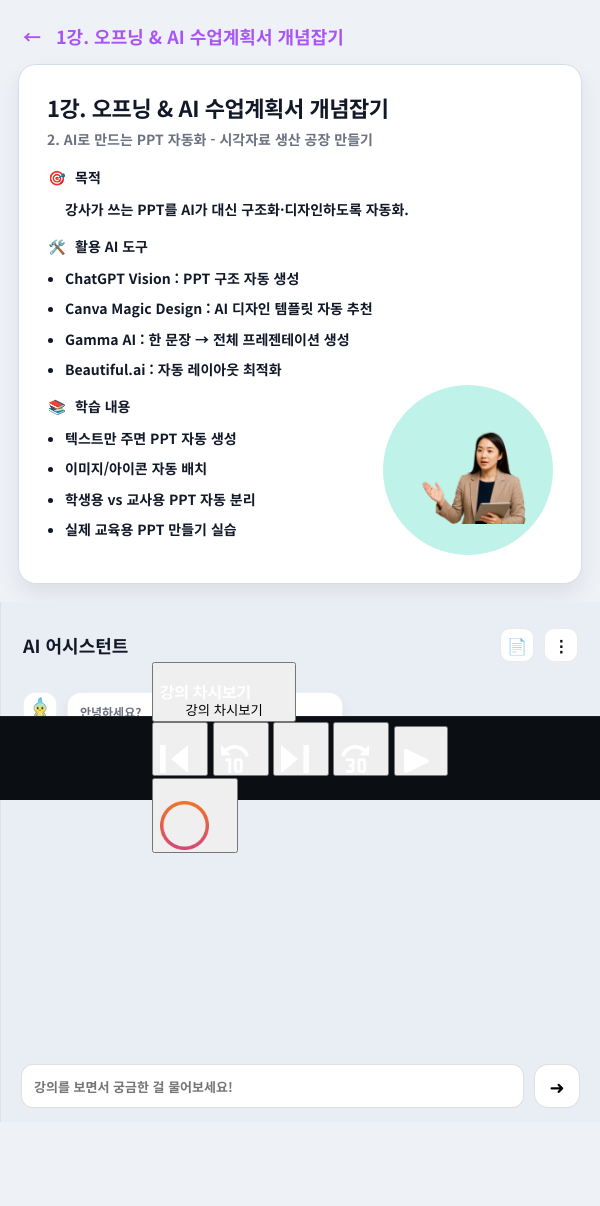
Repository: Iimchaehoon/level_up
Page: player.html
The author's editor kept a copy of each file at every save. The page is drawn from the files as they stood at one save, then again after the next save.
The browser window is 600 px wide. The pictures show the whole page.

Above is the page before, as saved 2025-12-18 21:21:05.

### player.html
<!doctype html>
<html lang="ko">
<head>
  <meta charset="UTF-8" />
  <meta name="viewport" content="width=device-width,initial-scale=1" />
  <title>강의 플레이어 | LEVEL-UP</title>

  <link rel="preconnect" href="https://fonts.googleapis.com" />
  <link rel="preconnect" href="https://fonts.gstatic.com" crossorigin />
  <link href="https://fonts.googleapis.com/css2?family=Noto+Sans+KR:wght@400;500;700;800&display=swap" rel="stylesheet" />

  <style>
    :root{
      --bg:#eef1f6;
      --card:#ffffff;
      --line:#d6dde8;
      --text:#111827;
      --muted:#6b7280;
      --purple:#a855f7;
      --shadow:0 10px 22px rgba(15,23,42,.08);
      --radius:18px;
      --sidebarW:360px;
      --playerH:84px;
    }

    *{ box-sizing:border-box; }
    html,body{ height:100%; }
    body{
      margin:0;
      font-family:"Noto Sans KR",system-ui,-apple-system,BlinkMacSystemFont,"Segoe UI",sans-serif;
      color:var(--text);
      background:var(--bg);
      overflow:hidden; /* 피그마처럼 전체 스크롤 최소화 */
    }
    img{ max-width:100%; display:block; }
    button,input{ font-family:inherit; }
    a{ color:inherit; text-decoration:none; }

    /* ===== 전체 레이아웃 ===== */
    .app{
      height:100vh;
      display:grid;
      grid-template-columns: 1fr var(--sidebarW);
      padding-bottom: var(--playerH); /* 하단 플레이어바 자리 */
    }

    /* ===== 좌측 컨텐츠 ===== */
    .stage{
      position:relative;
      padding:18px 18px 18px 18px;
      overflow:auto;
    }

    .topline{
      display:flex;
      align-items:center;
      gap:10px;
      padding:4px 0 14px;
      color:var(--purple);
      font-weight:800;
      font-size:18px;
    }
    .back{
      width:28px; height:28px;
      border-radius:999px;
      display:grid; place-items:center;
      cursor:pointer;
      user-select:none;
    }
    .back:hover{ background:rgba(168,85,247,.12); }

    .content-card{
      background:var(--card);
      border:1px solid var(--line);
      border-radius: var(--radius);
      box-shadow: var(--shadow);
      padding:26px 28px;
      min-height: 520px;
      position:relative;
    }

    .h1{
      margin:0 0 6px;
      font-size:22px;
      font-weight:900;
      letter-spacing:-0.02em;
    }
    .h2{
      margin:0 0 18px;
      font-size:14px;
      font-weight:700;
      color:var(--muted);
    }

    .sec{
      margin-top:14px;
    }
    .sec-title{
      display:flex;
      align-items:center;
      gap:8px;
      margin:0 0 10px;
      font-weight:900;
      font-size:14px;
    }
    .sec-title .emoji{
      width:20px;
      display:inline-grid;
      place-items:center;
      font-size:14px;
    }
    .bullets{
      margin:0;
      padding-left:18px;
      color:var(--text);
      font-weight:600;
      line-height:1.75;
      font-size:14px;
    }
    .bullets li{ margin:6px 0; }

    /* 우하단 강사 이미지(원형 배경) */
    .teacher-badge{
      position:absolute;
      right:28px;
      bottom:28px;
      width:170px;
      height:170px;
      border-radius:999px;
      background: #bff3ea;
      display:grid;
      place-items:center;
    }
    .teacher-badge img{
      width:145px;
      height:auto;
      transform: translateY(6px);
    }

    /* ===== 우측 AI 어시스턴트 ===== */
    .sidebar{
      background:#e9edf4;
      border-left:1px solid rgba(0,0,0,.05);
      display:flex;
      flex-direction:column;
      padding:16px 14px 14px;
      overflow:hidden;
    }

    .side-head{
      display:flex;
      align-items:center;
      justify-content:space-between;
      padding:10px 8px 12px;
      font-weight:900;
      font-size:18px;
    }
    .side-actions{
      display:flex;
      gap:10px;
      color:#111;
    }
    .iconbtn{
      width:34px;
      height:34px;
      border-radius:10px;
      border:1px solid rgba(0,0,0,.08);
      background:#fff;
      cursor:pointer;
      display:grid;
      place-items:center;
      font-size:16px;
      user-select:none;
    }
    .iconbtn:hover{ background:#f7f8fb; }

    .chat{
      flex:1;
      overflow:auto;
      padding:8px 8px 10px;
    }

    .msg{
      display:flex;
      gap:10px;
      align-items:flex-start;
      margin:10px 0;
    }
    .avatar{
      width:34px;
      height:34px;
      border-radius:12px;
      background:#fff;
      border:1px solid rgba(0,0,0,.06);
      display:grid;
      place-items:center;
      overflow:hidden;
      flex:0 0 auto;
    }
    .avatar img{ width:26px; height:26px; object-fit:contain; }

    .bubble{
      max-width: 92%;
      background:#fff;
      border:1px solid rgba(0,0,0,.06);
      border-radius:14px;
      padding:10px 12px;
      line-height:1.55;
      font-size:13px;
      font-weight:600;
      color:#111;
      box-shadow: 0 6px 14px rgba(15,23,42,.06);
    }
    .bubble .muted{
      color:var(--muted);
      font-weight:700;
      font-size:12px;
      margin-bottom:6px;
      display:block;
    }

    .msg.user{
      justify-content:flex-end;
    }
    .msg.user .bubble{
      background:#111827;
      color:#fff;
      border-color:#111827;
      box-shadow:none;
    }

    .composer{
      padding:10px 6px 0;
      display:flex;
      gap:10px;
      align-items:center;
    }
    .input{
      flex:1;
      height:44px;
      border-radius:12px;
      border:1px solid rgba(0,0,0,.12);
      background:#fff;
      padding:0 12px;
      outline:none;
      font-size:13px;
      font-weight:600;
    }
    .send{
      width:46px;
      height:44px;
      border-radius:14px;
      border:1px solid rgba(0,0,0,.12);
      background:#fff;
      cursor:pointer;
      display:grid;
      place-items:center;
      font-size:18px;
      user-select:none;
    }
    .send:hover{ background:#f7f8fb; }

    /* ===== 하단 플레이어 바 ===== */
    .playerbar{
      position:fixed;
      left:0; right:0; bottom:0;
      height: var(--playerH);
      background:#0b0f14;
      display:flex;
      align-items:center;
      justify-content:center;
      z-index:50;
      border-top:1px solid rgba(255,255,255,.08);
    }
    .playerbar img{
      justify-content: center;
      align-items: center;
      height:100%;
      width:70%;
      margin-top: 20px;
       /* 피그마처럼 한 장 이미지로 꽉 */
    }

    /* 반응형: 좁아지면 사이드 내려가게 */
    @media (max-width: 980px){
      body{ overflow:auto; }
      .app{
        height:auto;
        grid-template-columns: 1fr;
        padding-bottom: var(--playerH);
      }
      .sidebar{
        height: 520px;
      }
    }
  </style>
</head>

<body>
  <div class="app">

    <!-- ===== 좌측 강의 화면 ===== -->
    <section class="stage" aria-label="강의 화면">
      <div class="topline">
        <div class="back" id="backBtn" title="뒤로가기">←</div>
        <div>1강. 오프닝 &amp; AI 수업계획서 개념잡기</div>
      </div>

      <div class="content-card">
        <h1 class="h1">1강. 오프닝 &amp; AI 수업계획서 개념잡기</h1>
        <p class="h2">2. AI로 만드는 PPT 자동화 - 시각자료 생산 공장 만들기</p>

        <div class="sec">
          <p class="sec-title"><span class="emoji">🎯</span> 목적</p>
          <div class="bullets">
            강사가 쓰는 PPT를 AI가 대신 구조화·디자인하도록 자동화.
          </div>
        </div>

        <div class="sec">
          <p class="sec-title"><span class="emoji">🛠️</span> 활용 AI 도구</p>
          <ul class="bullets">
            <li>ChatGPT Vision : PPT 구조 자동 생성</li>
            <li>Canva Magic Design : AI 디자인 템플릿 자동 추천</li>
            <li>Gamma AI : 한 문장 → 전체 프레젠테이션 생성</li>
            <li>Beautiful.ai : 자동 레이아웃 최적화</li>
          </ul>
        </div>

        <div class="sec">
          <p class="sec-title"><span class="emoji">📚</span> 학습 내용</p>
          <ul class="bullets">
            <li>텍스트만 주면 PPT 자동 생성</li>
            <li>이미지/아이콘 자동 배치</li>
            <li>학생용 vs 교사용 PPT 자동 분리</li>
            <li>실제 교육용 PPT 만들기 실습</li>
          </ul>
        </div>

        <!-- 우하단 원형 강사 이미지 -->
        <div class="teacher-badge" aria-hidden="true">
          <img src="./player/image_1917.png" alt="강사" />
        </div>
      </div>
    </section>

    <!-- ===== 우측 AI 어시스턴트 ===== -->
    <aside class="sidebar" aria-label="AI 어시스턴트">
      <div class="side-head">
        <div>AI 어시스턴트</div>
        <div class="side-actions">
          <div class="iconbtn" title="문서">📄</div>
          <div class="iconbtn" title="더보기">⋮</div>
        </div>
      </div>

      <div class="chat" id="chat">
        <div class="msg bot">
          <div class="avatar"><img src="./player/image_1864.png" alt="마스코트" /></div>
          <div class="bubble">
            <span class="muted">안녕하세요?</span>
            수업 도중 궁금한 사항이 있다면 질문해보세요!
          </div>
        </div>
      </div>

      <div class="composer">
        <input id="chatInput" class="input" type="text" placeholder="강의를 보면서 궁금한 걸 물어보세요!" />
        <button id="sendBtn" class="send" type="button" aria-label="전송">➜</button>
      </div>
    </aside>
  </div>

  <!-- ===== 하단 플레이어(이미지 1:1) ===== -->
  <!-- ===== 하단 플레이어(조립형) ===== -->
<div class="playerbar" aria-label="플레이어">
  <div class="pb-inner">
    <!-- 왼쪽: 차시보기 -->
    <button class="pb-left" type="button" aria-label="강의 차시보기">
      <img class="pb-icon" src="./assets/img7.png" alt="" />
      <span class="pb-left-text">강의 차시보기</span>
    </button>

    <!-- 가운데: 재생 컨트롤 -->
    <div class="pb-center" aria-label="재생 컨트롤">
      <button class="pb-btn" type="button" aria-label="이전">
        <img src="./assets/img4.png" alt="" />
      </button>

      <button class="pb-btn" type="button" aria-label="10초 뒤로">
        <img src="./assets/img2.png" alt="" />
      </button>

      <button class="pb-btn pb-play" type="button" aria-label="재생/일시정지">
        <img src="./assets/img3.png" alt="" />
      </button>

      <button class="pb-btn" type="button" aria-label="30초 앞으로">
        <img src="./assets/img6.png" alt="" />
      </button>

      <button class="pb-btn" type="button" aria-label="다음">
        <img src="./assets/img5.png" alt="" />
      </button>
    </div>

    <!-- 오른쪽: (피그마 캡처에 맞춰 아이콘만 자리 확보)
         img1 원형 아이콘을 “더보기/설정” 같은 자리로 쓰는 용도 -->
    <div class="pb-right" aria-label="추가 메뉴">
      <button class="pb-btn" type="button" aria-label="메뉴">
        <img src="./assets/img1.png" alt="" />
      </button>
    </div>
  </div>
</div>


  <script>
    // ===== 뒤로가기(나의 강의로) =====
    document.getElementById("backBtn").addEventListener("click", () => {
      // 네 파일명이 my_lecture.html 이면 그대로, 다르면 수정
      window.location.href = "my_lecture.html";
    });

    // ===== 간단 AI Q&A (수업/강의 관련 키워드 기반) =====
    const chat = document.getElementById("chat");
    const input = document.getElementById("chatInput");
    const sendBtn = document.getElementById("sendBtn");

    // "강의 내용" 기반으로만 답하도록 룰을 잡아줌 (원하는대로 문구 변경 가능)
    function answer(text){
      const t = (text || "").trim().toLowerCase();

      // 빈값
      if(!t) return "질문을 입력해줘! 예: “오늘 강의 목적이 뭐야?”";

      // 범용
      if (t.includes("목적") || t.includes("왜") || t.includes("무슨 목적")) {
        return "이 파트의 목적은 **강사가 쓰는 PPT를 AI가 대신 구조화·디자인하도록 자동화**하는 거야.";
      }
      if (t.includes("도구") || t.includes("툴") || t.includes("사용") || t.includes("뭐로")) {
        return "활용 도구는 **ChatGPT Vision / Canva Magic Design / Gamma AI / Beautiful.ai**야.";
      }
      if (t.includes("chatgpt")) {
        return "ChatGPT Vision은 **PPT 구조(목차/슬라이드 흐름/핵심요약)**을 자동으로 잡아주는 데 좋아.";
      }
      if (t.includes("canva")) {
        return "Canva Magic Design은 **템플릿/레이아웃 추천**으로 디자인 시간을 확 줄여줘.";
      }
      if (t.includes("gamma")) {
        return "Gamma AI는 **한 문장만 줘도 전체 프레젠테이션**을 빠르게 만들어주는 쪽에 강해.";
      }
      if (t.includes("beautiful")) {
        return "Beautiful.ai는 **자동 레이아웃 정렬/정돈**이 강점이라 발표자료 마감 직전에 특히 유용해.";
      }
      if (t.includes("학습") || t.includes("배우는") || t.includes("내용")) {
        return "학습 내용은 **텍스트→PPT 자동 생성 / 이미지·아이콘 자동 배치 / 학생용·교사용 분리 / 교육용 PPT 만들기 실습**이야.";
      }
      if (t.includes("학생") || t.includes("교사용") || t.includes("분리")) {
        return "학생용/교사용 분리는 **표현 난이도·설명량·정답/해설 포함 여부**를 기준으로 AI에게 역할을 나눠서 생성시키면 돼.";
      }
      if (t.includes("질문") || t.includes("프롬프트") || t.includes("예시")) {
        return "예시 프롬프트: “중3 대상 45분 수업, 주제는 OOO. 학생용 10장/교사용 10장으로 나눠서 슬라이드 구조와 핵심 문장, 이미지 아이디어까지 제안해줘.”";
      }

      // 범위 밖 질문 필터(원하면 삭제 가능)
      if (t.includes("정치") || t.includes("주식") || t.includes("날씨")) {
        return "지금은 **수업/강의 관련 질문**에만 답변할 수 있어. 강의 내용으로 질문해줘!";
      }

      // 기본 응답
      return "좋아. 질문을 조금만 더 구체적으로 말해줘! (예: “이번 파트에서 어떤 도구를 쓰는지”, “학습 내용 요약” 등)";
    }

    function addMsg(role, text){
      const row = document.createElement("div");
      row.className = "msg " + (role === "user" ? "user" : "bot");

      if(role !== "user"){
        const av = document.createElement("div");
        av.className = "avatar";
        const img = document.createElement("img");
        img.src = "./player/image_1864.png";
        img.alt = "마스코트";
        av.appendChild(img);

        const bubble = document.createElement("div");
        bubble.className = "bubble";
        bubble.innerHTML = text;

        row.appendChild(av);
        row.appendChild(bubble);
      }else{
        const bubble = document.createElement("div");
        bubble.className = "bubble";
        bubble.textContent = text;
        row.appendChild(bubble);
      }

      chat.appendChild(row);
      chat.scrollTop = chat.scrollHeight;
    }

    function send(){
      const q = input.value.trim();
      if(!q) return;

      addMsg("user", q);
      input.value = "";

      // 살짝 딜레이로 자연스럽게
      setTimeout(() => {
        const a = answer(q);
        addMsg("bot", a);
      }, 250);
    }

    sendBtn.addEventListener("click", send);
    input.addEventListener("keydown", (e) => {
      if(e.key === "Enter") send();
    });
  </script>
</body>
</html>

After the next save:
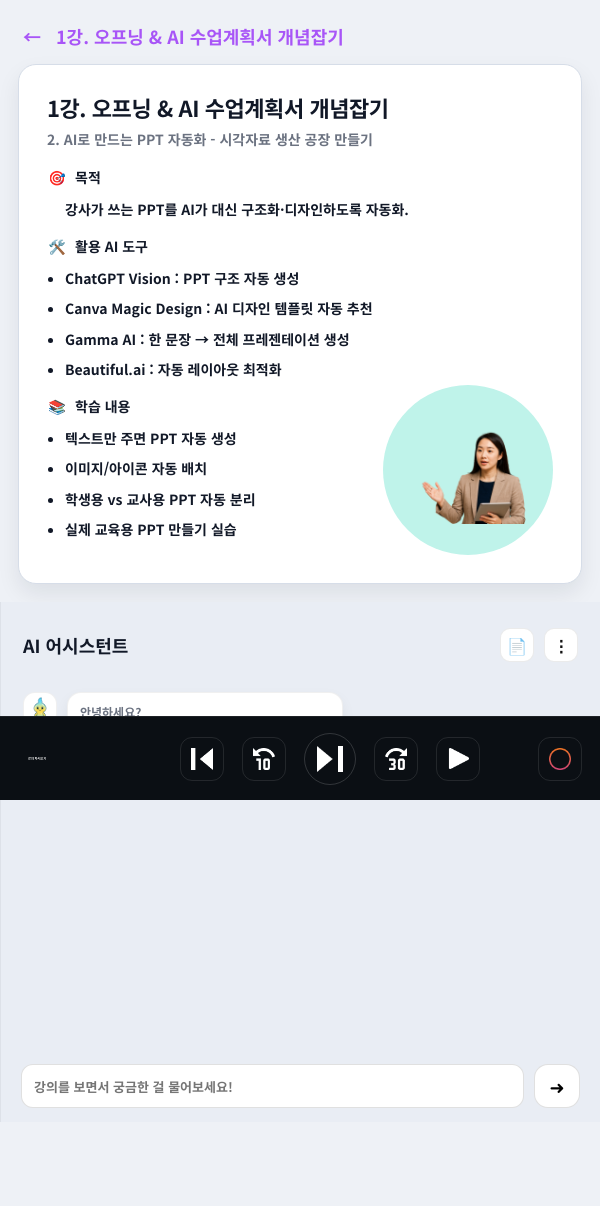
Saved 67 s later.
--- a/player.html
+++ b/player.html
@@ -261,25 +261,116 @@
     .send:hover{ background:#f7f8fb; }
 
     /* ===== 하단 플레이어 바 ===== */
-    .playerbar{
-      position:fixed;
-      left:0; right:0; bottom:0;
-      height: var(--playerH);
-      background:#0b0f14;
-      display:flex;
-      align-items:center;
-      justify-content:center;
-      z-index:50;
-      border-top:1px solid rgba(255,255,255,.08);
-    }
-    .playerbar img{
-      justify-content: center;
-      align-items: center;
-      height:100%;
-      width:70%;
-      margin-top: 20px;
-       /* 피그마처럼 한 장 이미지로 꽉 */
-    }
+    /* ===== 하단 플레이어 바 (조립형) ===== */
+.playerbar{
+  position:fixed;
+  left:0; right:0; bottom:0;
+  height: var(--playerH);
+  background:#0b0f14;
+  z-index:50;
+  border-top:1px solid rgba(255,255,255,.08);
+  display:flex;
+  align-items:center;
+  justify-content:center;
+}
+
+.pb-inner{
+  width: 100%;
+  max-width: 1320px;          /* 위 레이아웃 느낌 유지 */
+  height: 100%;
+  padding: 0 18px;
+  display:grid;
+  grid-template-columns: 260px 1fr 260px;  /* 좌/중/우 */
+  align-items:center;
+  gap: 12px;
+}
+
+/* 왼쪽 */
+.pb-left{
+  display:flex;
+  align-items:center;
+  gap:10px;
+  color:#fff;
+  background:transparent;
+  border:none;
+  cursor:pointer;
+  padding: 10px 10px;
+  border-radius: 10px;
+  justify-self:start;
+}
+.pb-left:hover{ background: rgba(255,255,255,.06); }
+
+.pb-left-text{
+  font-weight:800;
+  font-size:14px;
+  letter-spacing:-0.02em;
+  opacity:.95;
+}
+
+/* 가운데 버튼들 */
+.pb-center{
+  display:flex;
+  align-items:center;
+  justify-content:center;
+  gap: 18px;
+}
+
+.pb-btn{
+  width: 44px;
+  height: 44px;
+  border-radius: 12px;
+  border: 1px solid rgba(255,255,255,.10);
+  background: transparent;
+  display:grid;
+  place-items:center;
+  cursor:pointer;
+}
+.pb-btn:hover{ background: rgba(255,255,255,.06); }
+.pb-btn:active{ transform: translateY(1px); }
+
+.pb-btn img{
+  width: 22px;
+  height: 22px;
+  object-fit: contain;
+}
+
+/* 재생 버튼만 살짝 강조 */
+.pb-play{
+  width: 52px;
+  height: 52px;
+  border-radius: 999px;
+  border-color: rgba(255,255,255,.16);
+}
+.pb-play img{
+  width: 26px;
+  height: 26px;
+}
+
+/* 오른쪽 */
+.pb-right{
+  display:flex;
+  justify-content:flex-end;
+  align-items:center;
+  gap: 10px;
+}
+.pb-icon{
+  width: 18px;
+  height: 18px;
+  object-fit:contain;
+}
+
+/* 반응형: 좁아지면 좌/우 폭 줄이기 */
+@media (max-width: 980px){
+  .pb-inner{
+    grid-template-columns: 200px 1fr 200px;
+  }
+}
+@media (max-width: 640px){
+  .pb-inner{
+    grid-template-columns: 150px 1fr 90px;
+  }
+  .pb-left-text{ display:none; } /* 폰에서 글자 숨김 */
+}
 
     /* 반응형: 좁아지면 사이드 내려가게 */
     @media (max-width: 980px){
